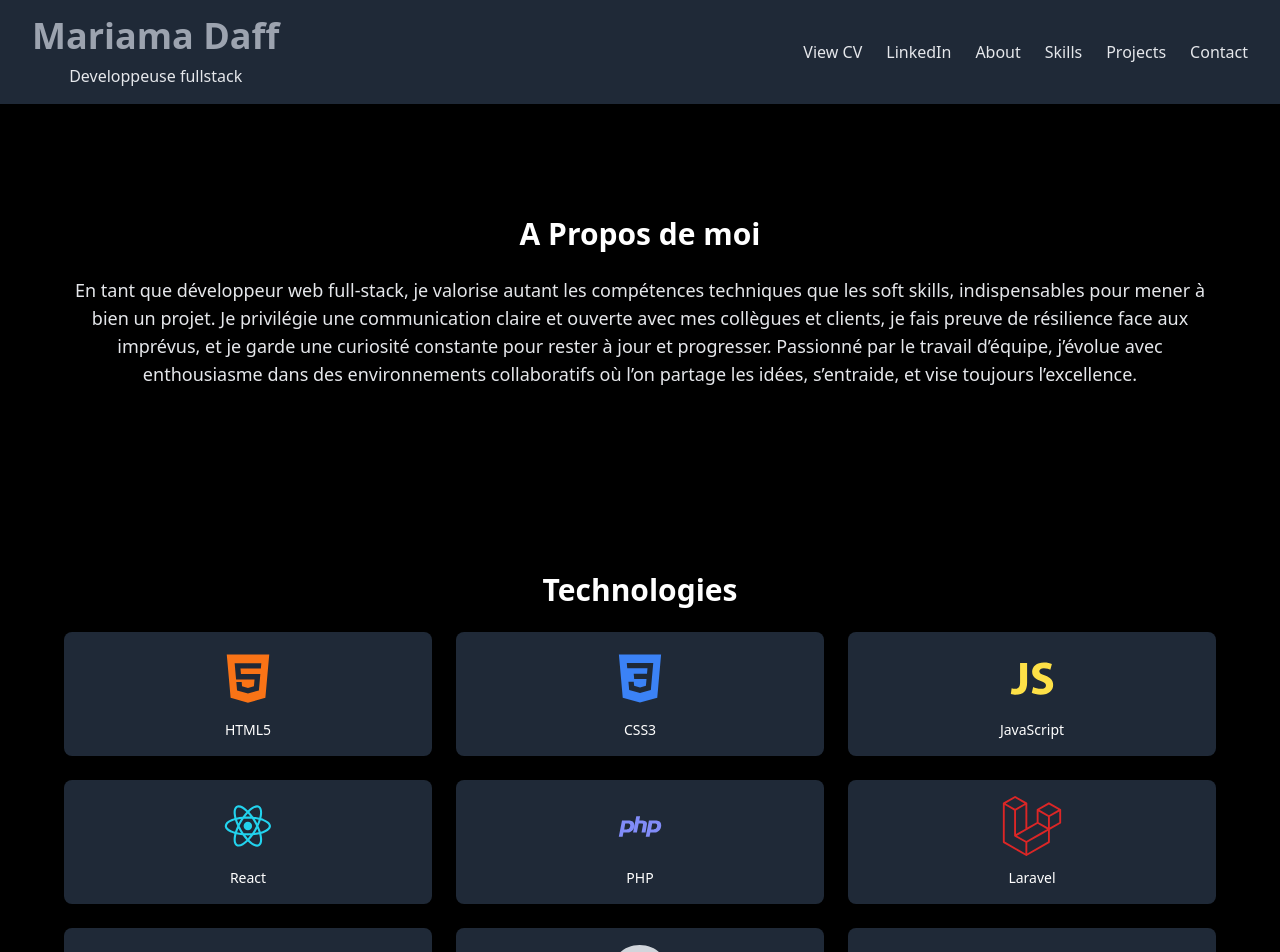
Repository: mariamdaff/Projets_Perso
Page: / (app in mon_portfolio/)
The author's editor kept a copy of each file at every save. The page is drawn from the files as they stood at one save, then again after the next save.
The browser window is 1280 px wide. The pictures show the part of the page from y = 0 to 952 px (the page is 2595 px tall).
The project was rebuilt for these pictures with package versions that can differ from the ones it lists, and the page was loaded fresh each time. Also part of the build but not shown: mon_portfolio/vite.config.js.

Above is the page before, as saved 2025-04-23 01:56:22.

After the next save:
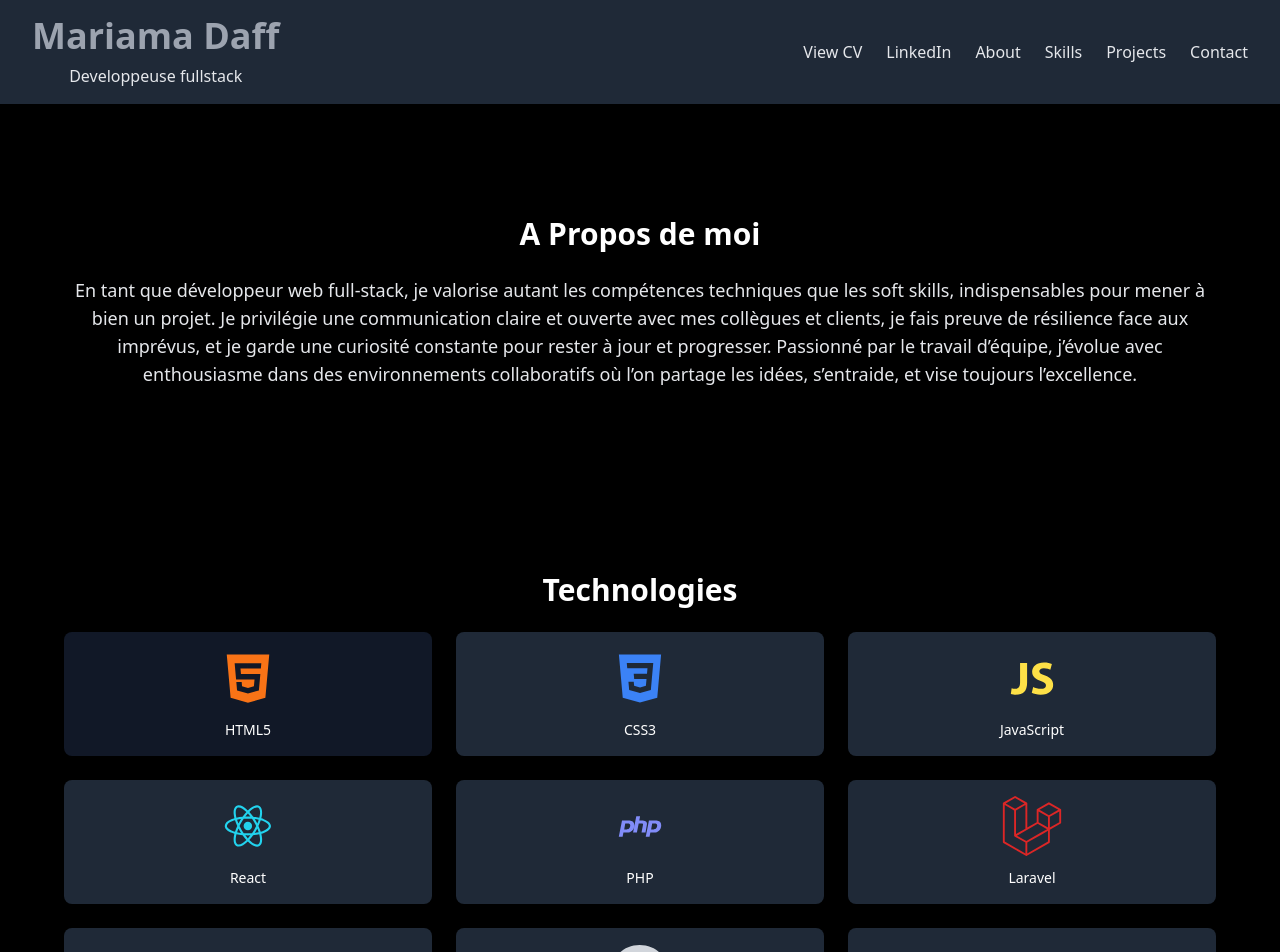
Saved 12 h 18 min later.
--- a/mon_portfolio/src/components/skills/Skills.jsx
+++ b/mon_portfolio/src/components/skills/Skills.jsx
@@ -9,7 +9,7 @@
     <section className="py-10 bg-black text-white text-center m-10">
       <h2 className="text-3xl font-bold mb-6">Technologies</h2>
       <div className="grid grid-cols-1 sm:grid-cols-2 lg:grid-cols-3 gap-6 text-center">
-  <div className="flex flex-col items-center bg-gray-800 p-4 rounded-lg shadow-md hover:bg-gray-700 transition">
+  <div className="flex flex-col items-center bg-gray-900 p-4 rounded-lg shadow-md hover:bg-gray-800 transition">
     <DiHtml5 className="text-6xl text-orange-500 mb-2" />
     <span className="text-white text-sm mt-1">HTML5</span>
   </div>

After the save that followed:
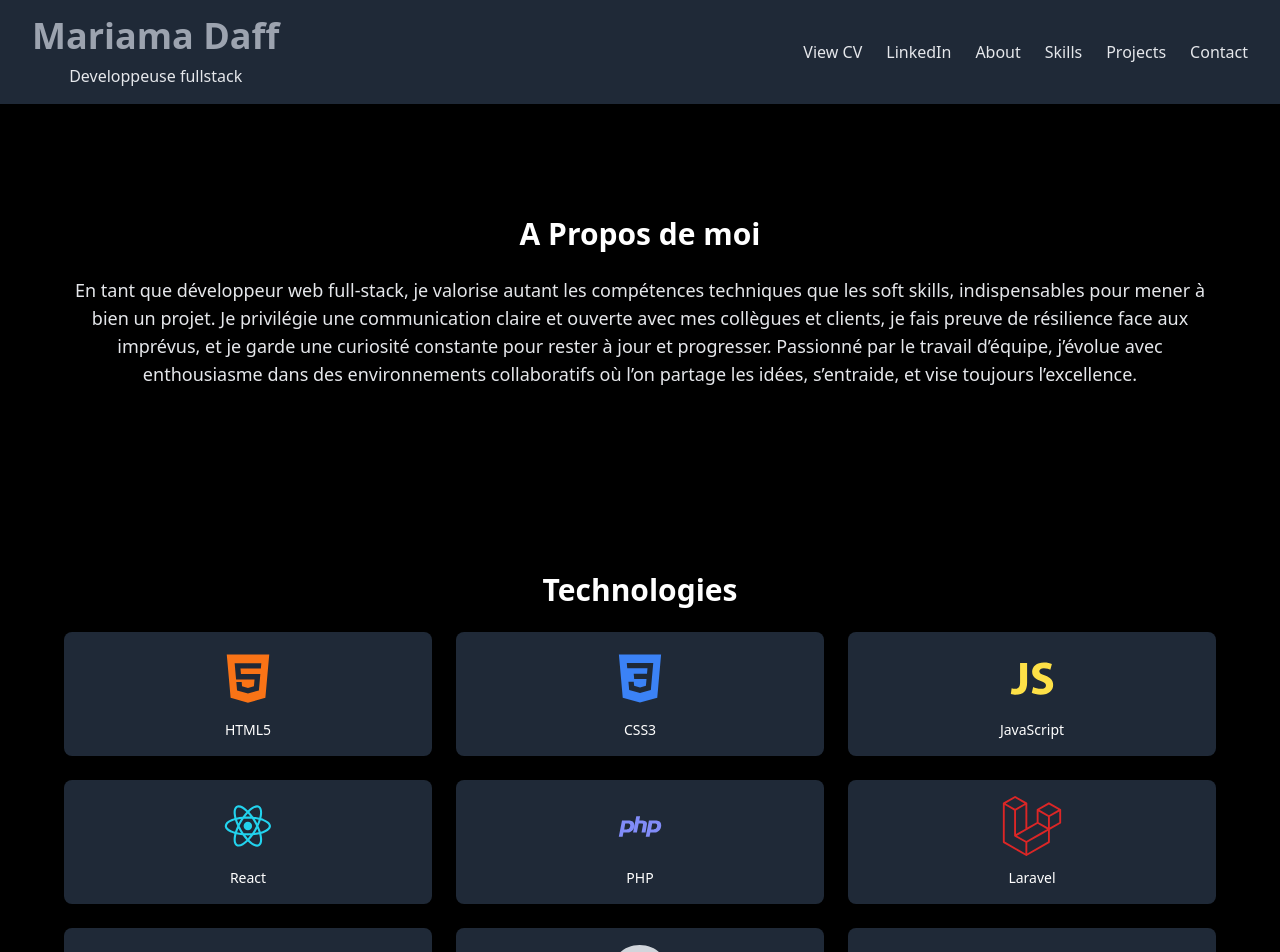
Saved 55 s later.
--- a/mon_portfolio/src/components/skills/Skills.jsx
+++ b/mon_portfolio/src/components/skills/Skills.jsx
@@ -9,7 +9,7 @@
     <section className="py-10 bg-black text-white text-center m-10">
       <h2 className="text-3xl font-bold mb-6">Technologies</h2>
       <div className="grid grid-cols-1 sm:grid-cols-2 lg:grid-cols-3 gap-6 text-center">
-  <div className="flex flex-col items-center bg-gray-900 p-4 rounded-lg shadow-md hover:bg-gray-800 transition">
+  <div className="flex flex-col items-center bg-gray-800 p-4 rounded-lg shadow-md hover:bg-gray-700 transition">
     <DiHtml5 className="text-6xl text-orange-500 mb-2" />
     <span className="text-white text-sm mt-1">HTML5</span>
   </div>
